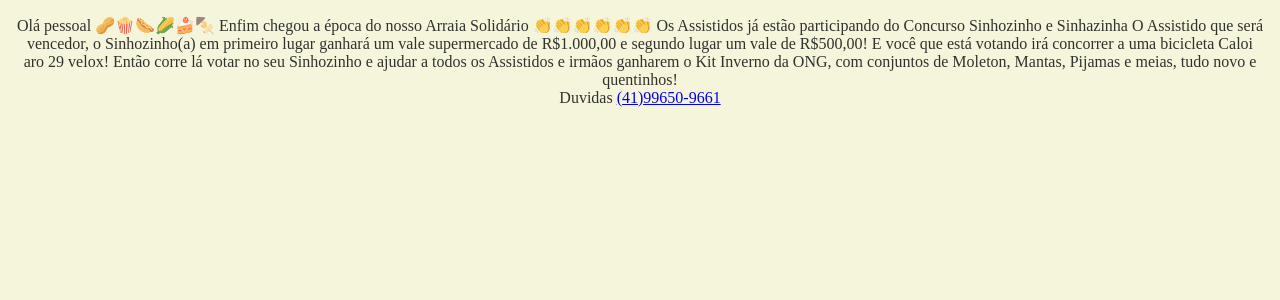
Repository: adrtrvs/qrcodeong
Page: campaignall.html
An editor plug-in stored every save of this project. The page is shown before and after the next save, followed by the edit.
The browser window is 1280 px wide. The pictures show the whole page.
Some web fonts or font styles are not loaded; a fallback is used.

Above is the page before, as saved 2023-05-26 11:24:46.

After the next save:
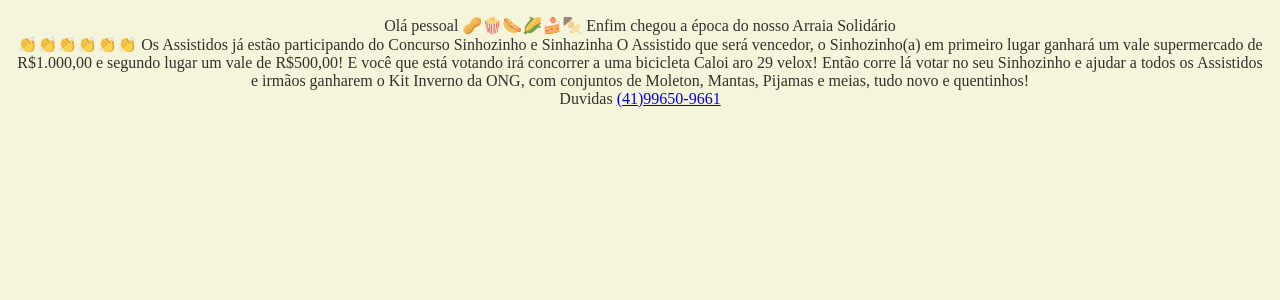
Saved 4 min 3 s later.
--- a/campaignall.html
+++ b/campaignall.html
@@ -14,7 +14,7 @@
   </head>
   <body>
     <p class="campaigndescription">
-      Olá pessoal 🥜🍿🌭🌽🍰🍢 Enfim chegou a época do nosso Arraia Solidário
+      Olá pessoal 🥜🍿🌭🌽🍰🍢 Enfim chegou a época do nosso Arraia Solidário<br />
       👏👏👏👏👏👏 Os Assistidos já estão participando do Concurso Sinhozinho e
       Sinhazinha O Assistido que será vencedor, o Sinhozinho(a) em primeiro
       lugar ganhará um vale supermercado de R$1.000,00 e segundo lugar um vale
